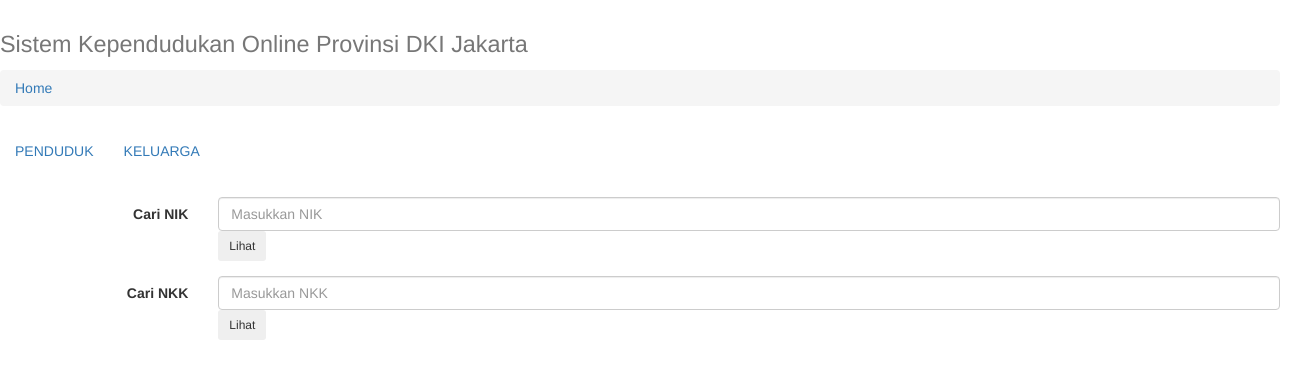
Repository: apap-2017/tugas1_1406544135
Page: http://localhost/index
The author's editor kept a copy of each file at every save. The page is drawn from the files as they stood at one save, then again after the next save.
The browser window is 1280 px wide. The page is 1295 px wide, so the pictures cover 1295 px, including what lies to the right of the window. The pictures show the whole page.
The page is this project's Thymeleaf template; nobody is signed in. The template is opened directly, without the code that normally fills it, so the values that code supplies are empty.

Above is the page before, as saved 2017-10-20 03:49:28.

### Tugas1_1406544135/src/main/resources/templates/index.html
<!DOCTYPE HTML>
<html xmlns="http://www.w3.org/1999/xhtml"
	xmlns:th="http://www.thymeleaf.org">
<head>
<title>Siduk DKI</title>
<meta http-equiv="Content-Type" content="text/html; charset=UTF-8" />
     <link href="../../static/css/bootstrap.min.css" rel="stylesheet" th:href="@{/css/bootstrap.min.css}" />
</head>

<body>

	<section class="content-header">
		<h1>
			<small>Sistem Kependudukan Online Provinsi DKI Jakarta</small>
		</h1>
		<ol class="breadcrumb">
			<li><a th:href="@{/}">Home</a></li>
		</ol>
	</section>

	<nav class="navbar navbar-static-top" role="navigation">
		<ul class="nav navbar-nav">
			<li><a th:href="@{/penduduk/}">PENDUDUK</a></li>
			<li><a th:href="@{/keluarga/}">KELUARGA</a></li>
		</ul>
	</nav>

	<form class="form-horizontal" action="/penduduk" method="get">
		<div class="form-group">
			<label class="col-sm-2 control-label">Cari NIK</label>
			<div class="col-sm-10">
				<input type="text" name="nik" class="form-control" placeholder="Masukkan NIK"/>
				<button type="submit" class="btn btn-sm bg-teal pull-left" name="action" value="save">Lihat</button>
			</div>
		</div>
	</form>

	<form class="form-horizontal" action="/keluarga" method="get">
		<div class="form-group">
			<label class="col-sm-2 control-label">Cari NKK</label>
			<div class="col-sm-10">
				<input type="text" name="nkk" class="form-control" placeholder="Masukkan NKK"/>
				<button type="submit" class="btn btn-sm bg-teal pull-left" name="action" value="save">Lihat</button>
			</div>
		</div>
	</form>

</body>

</html>

Loaded but not shown: Tugas1_1406544135/src/main/resources/static/css/bootstrap.min.css (library)

After the next save:
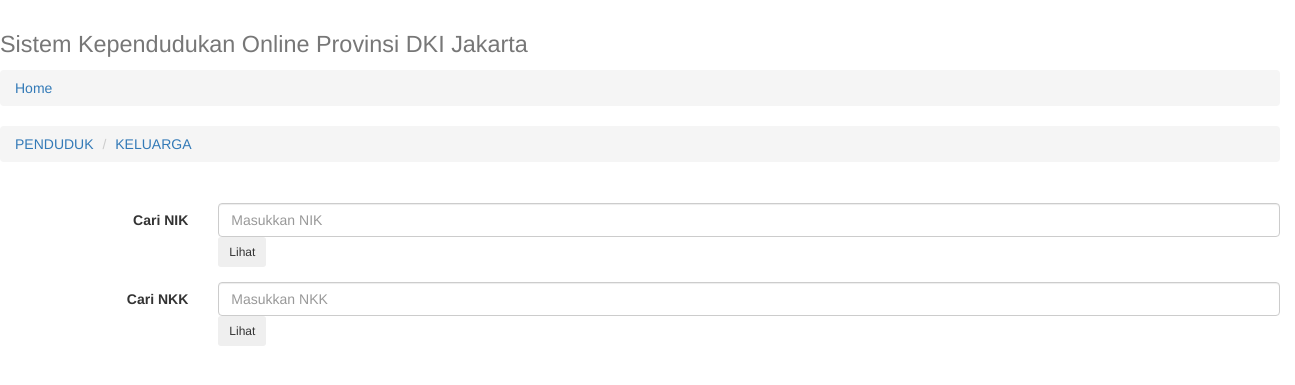
Saved 16 s later.
--- a/Tugas1_1406544135/src/main/resources/templates/index.html
+++ b/Tugas1_1406544135/src/main/resources/templates/index.html
@@ -19,10 +19,10 @@
 	</section>
 
 	<nav class="navbar navbar-static-top" role="navigation">
-		<ul class="nav navbar-nav">
+		<ol class="breadcrumb">
 			<li><a th:href="@{/penduduk/}">PENDUDUK</a></li>
 			<li><a th:href="@{/keluarga/}">KELUARGA</a></li>
-		</ul>
+		</ol>
 	</nav>
 
 	<form class="form-horizontal" action="/penduduk" method="get">
